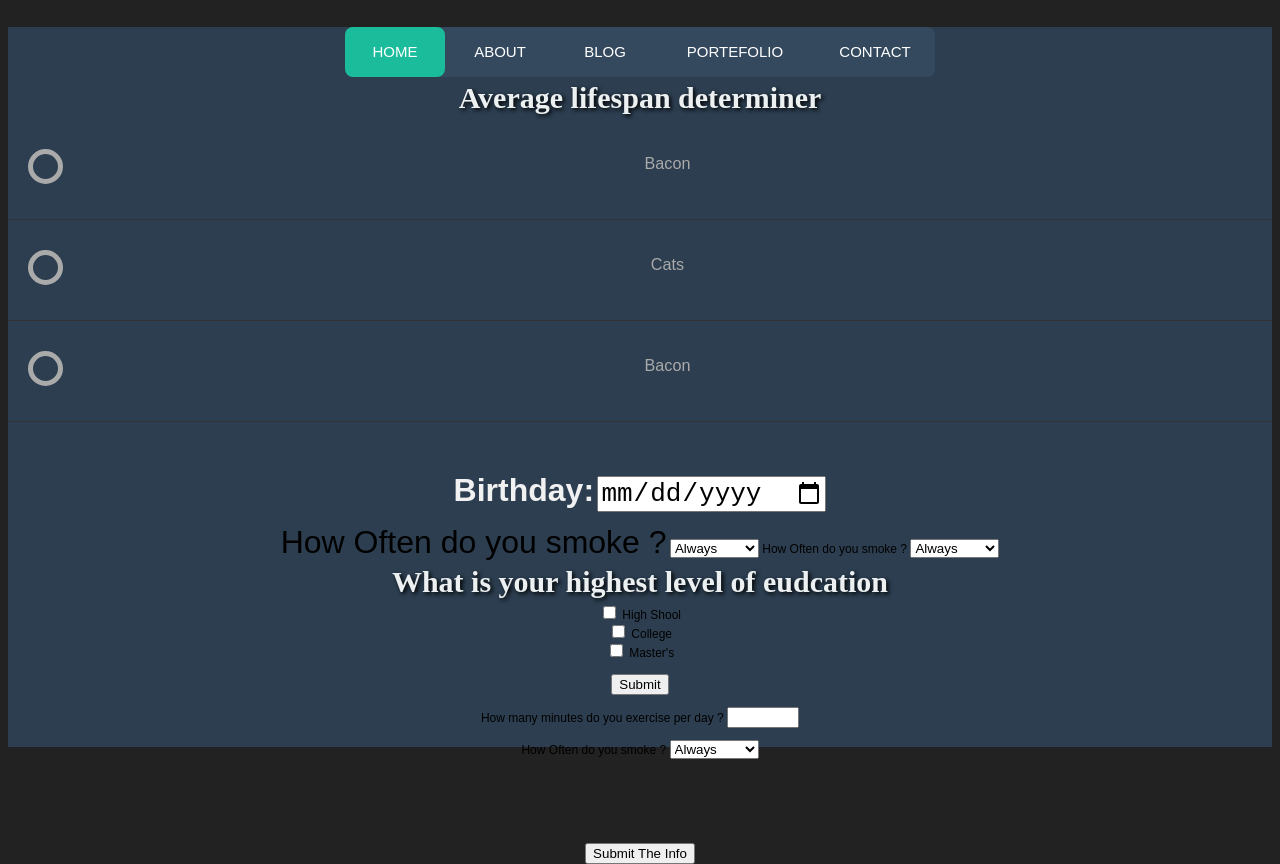
Repository: navid-amini12/capstone-1
Page: wordgame.html
These files come from the project's save history. The page is drawn as it stood at one moment and after the next save; the edit follows.
The browser window is 1280 px wide. The pictures show the whole page.

Above is the page before, as saved 2022-06-01 12:54:04.

### wordgame.html


  <link rel="stylesheet" type="text/css" href="Life.css">






<!-- NAVATION STARTING  -->

<nav class ="mynavigation">
  <a href="#">Home</a>
  <a href="#">About</a>
  <a href="#">Blog</a>
  <a href="#">Portefolio</a>
  <a href="#">Contact</a>
  <div class="animation start-home"></div>
</nav>
  <!-- NAVIGATION ENDING -->
    <h1>Average lifespan determiner</h1>









      <div class = "container90">

          <ul>
          <li>
            <input type="radio" id="s-option" name="selector">
            <label for="s-option">Bacon</label>

            <div class="check"><div class="inside"></div></div>
          </li>

          <li>
            <input type="radio" id="t-option" name="selector">
            <label for="t-option">Cats</label>

            <div class="check"><div class="inside"></div></div>
          </li>

          <li>
            <input type="radio" id="s-option" name="selector">
            <label for="s-option">Bacon</label>

            <div class="check"><div class="inside"></div></div>
          </li>
        </ul>
   </div>






  <div class = "left"><form action="/action_page.php">
    <label style=" color: #f1f1f1; font-weight: bold; font-size: xx-large;" for="birthday">Birthday:</label>
    <input style = "font-size: xx-large" ;  type="date" id="birthday" name="birthday">

  </form>
  <p></p>
<label style = "font-size: xx-large" ;   for="cars">How Often do you smoke ?</label>

<select id="questions">
<option value="volvo">Always</option>
<option value="saab">Often</option>
<option value="opel">Sometimes</option>
<option value="audi">Rarely</option>
<option value="audi">Never</option>
</select>

<label for="cars">How Often do you smoke ?</label>

<select id="questions">
<option value="volvo">Always</option>
<option value="saab">Often</option>
<option value="opel">Sometimes</option>
<option value="audi">Rarely</option>
<option value="audi">Never</option>
</select>

<h1>What is your highest level of eudcation</h1>

<form id = "checkbox1">
<input type="checkbox" id="vehicle1" name="vehicle1" value="Bike">
<label for="vehicle1"> High Shool</label><br>
<input type="checkbox" id="vehicle2" name="vehicle2" value="Car">
<label for="vehicle2"> College</label><br>
<input type="checkbox" id="vehicle3" name="vehicle3" value="Boat">
<label for="vehicle3"> Master's</label><br><br>
<input type="submit" value="Submit">
</form>

<form>
  <label for="quantity">How many minutes do you exercise per day ? </label>
  <input type="number" id="quantity" name="quantity" min="0" max="1000">
</form>




<label for="cars">How Often do you smoke ?</label>

<select id="myquestions">
<option value="always">Always</option>
<option value="often">Often</option>
<option value="sometimes">Sometimes</option>
<option value="rarely">Rarely</option>
<option value="never">Never</option>
</select>
<br>
<br>
<br>
<br>


<br>
<br>
<br>
<button id = "submitInfo">Submit The Info</button></div>





<!-- <input id = "submitInfo" type="button" value = "Submit Info" onclick="alert('Submitting INfo');" /></div> -->

  </div>



  <!-- <input id = "submitInfo" type="button" value = "Submit Info" onclick="alert('Submitting INfo');" /> -->


















  <body class="container">
    <ul id="people" class=""></ul>


    <script src="https://unpkg.com/axios/dist/axios.min.js"></script>
    <script>

      document.getElementById("submitInfo").onclick = function () {
        axios
          .get("http://localhost:4000/api/users")
          .then(function (response) {
            var e = document.getElementById("myquestions");
            var strUser = e.options[e.selectedIndex].text;


            var x = document.getElementById("vehicle1").value;




     if (strUser == "Never") {

         alert(x)



       alert( document.getElementById("people").innerHTML = response.data[0] )

    }
          })


          .catch(function (err) {
            document.getElementById("people").innerHTML =
              '<li class="text-danger">' + err.message + "</li>";
          });
      };
    </script>

### Life.css
@import url('https://fonts.googleapis.com/css?family=Lato');

body, html{
  height: 100%;
  background: #222222;
	font-family: 'Lato', sans-serif;
}

.container90{
 text-align: center;
}

h2 {
	color: #AAAAAA;
}

.container ul{
  list-style: none;
  margin: 0;
  padding: 0;
	overflow: auto;
}

ul li{
  color: #AAAAAA;
  display: block;
  position: relative;
  float: left;
  width: 100%;
  height: 100px;
	border-bottom: 1px solid #333;
}

ul li input[type=radio]{
  position: absolute;
  visibility: hidden;
}

ul li label{
  display: block;
  position: relative;
  font-weight: 300;
  font-size: 1.35em;
  padding: 25px 25px 25px 80px;
  margin: 10px auto;
  height: 30px;
  z-index: 9;
  cursor: pointer;
  -webkit-transition: all 0.25s linear;
}

ul li:hover label{
	color: #FFFFFF;
}

ul li .check{
  display: block;
  position: absolute;
  border: 5px solid #AAAAAA;
  border-radius: 100%;
  height: 25px;
  width: 25px;
  top: 30px;
  left: 20px;
	z-index: 5;
	transition: border .25s linear;
	-webkit-transition: border .25s linear;
}

ul li:hover .check {
  border: 5px solid #FFFFFF;
}

ul li .check::before {
  display: block;
  position: absolute;
	content: '';
  border-radius: 100%;
  height: 15px;
  width: 15px;
  top: 5px;
	left: 5px;
  margin: auto;
	transition: background 0.25s linear;
	-webkit-transition: background 0.25s linear;
}

input[type=radio]:checked ~ .check {
  border: 5px solid #0DFF92;
}

input[type=radio]:checked ~ .check::before{
  background: #0DFF92;
}

input[type=radio]:checked ~ label{
  color: #0DFF92;
}

.signature {
	margin: 10px auto;
	padding: 10px 0;
	width: 100%;
}

.signature p{
	text-align: center;
	font-family: Helvetica, Arial, Sans-Serif;
	font-size: 0.85em;
	color: #AAAAAA;
}

.signature .much-heart{
	display: inline-block;
	position: relative;
	margin: 0 4px;
	height: 10px;
	width: 10px;
	background: #AC1D3F;
	border-radius: 4px;
	-ms-transform: rotate(45deg);
    -webkit-transform: rotate(45deg);
    transform: rotate(45deg);
}

.signature .much-heart::before,
.signature .much-heart::after {
	  display: block;
  content: '';
  position: absolute;
  margin: auto;
  height: 10px;
  width: 10px;
  border-radius: 5px;
  background: #AC1D3F;
  top: -4px;
}

.signature .much-heart::after {
	bottom: 0;
	top: auto;
	left: -4px;
}

.signature a {
	color: #AAAAAA;
	text-decoration: none;
	font-weight: bold;
}


/* Styles for alert...
by the way it is so weird when you look at your code a couple of years after you wrote it XD */

.alert {
	box-sizing: border-box;
	background-color: #BDFFE1;
	width: 100%;
	position: relative;
	top: 0;
	left: 0;
	z-index: 300;
	padding: 20px 40px;
	color: #333;
}

.alert h2 {
	font-size: 22px;
	color: #232323;
	margin-top: 0;
}

.alert p {
	line-height: 1.6em;
	font-size:18px;
}

.alert a {
	color: #232323;
	font-weight: bold;
}






/* startin of navtation css */

.left {
  margin-top: 50px;
  text-align: center;
}






nav {
  margin: 27px auto 0;

  position: relative;
  width: 590px;
  height: 50px;
  background-color: #34495e;
  border-radius: 8px;
  font-size: 0;
}
nav a {
  line-height: 50px;
  height: 100%;
  font-size: 15px;
  display: inline-block;
  position: relative;
  z-index: 1;
  text-decoration: none;
  text-transform: uppercase;
  text-align: center;
  color: white;
  cursor: pointer;
}
nav .animation {
  position: absolute;
  height: 100%;
  top: 0;
  z-index: 0;
  transition: all .5s ease 0s;
  border-radius: 8px;
}
a:nth-child(1) {
  width: 100px;
}
a:nth-child(2) {
  width: 110px;
}
a:nth-child(3) {
  width: 100px;
}
a:nth-child(4) {
  width: 160px;
}
a:nth-child(5) {
  width: 120px;
}
nav .start-home, a:nth-child(1):hover~.animation {
  width: 100px;
  left: 0;
  background-color: #1abc9c;
}
nav .start-about, a:nth-child(2):hover~.animation {
  width: 110px;
  left: 100px;
  background-color: #e74c3c;
}
nav .start-blog, a:nth-child(3):hover~.animation {
  width: 100px;
  left: 210px;
  background-color: #3498db;
}
nav .start-portefolio, a:nth-child(4):hover~.animation {
  width: 160px;
  left: 310px;
  background-color: #9b59b6;
}
nav .start-contact, a:nth-child(5):hover~.animation {
  width: 120px;
  left: 470px;
  background-color: #e67e22;
}

body {
  font-size: 12px;
  font-family: sans-serif;
  background: #2c3e50;
}
h1 {
  text-align: center;
  margin: 40px 0 40px;
  text-align: center;
  font-size: 30px;
  color: #ecf0f1;
  text-shadow: 2px 2px 4px #000000;
  font-family: 'Cherry Swash', cursive;
}

p {
    position: absolute;
    bottom: 20px;
    width: 100%;
    text-align: center;
    color: #ecf0f1;
    font-family: 'Cherry Swash',cursive;
    font-size: 16px;
}

span {
    color: #2BD6B4;
}




/* Navigation  */

/*
@import url('https://fonts.googleapis.com/css?family=Lobster&display=swap') repeat scroll 0 0 rgba(0, 0, 0 , 0);

body {
  background: #fff;
}

.title {
  font-size: 2.5rem;
  font-family: 'Lobster', cursive;
}

.container {
  animation: scroll 70s linear infinite;
  background: url("https://images.unsplash.com/photo-1465146633011-14f8e0781093?ixlib=rb-1.2.1&ixid=eyJhcHBfaWQiOjEyMDd9&auto=format&fit=crop&w=3450&q=80"), #111111;
  color: #eee;
  height: 100vh;
  min-width: 360px;
  width: 100%;
  display: flex;
  justify-content: center;
  align-items: center;
  perspective: 1000px;
  perspective-origin: 50% 50%;

}

@keyframes scroll {
   100%{
    background-position:0px -3000px;
  }
}

@media (prefers-reduced-motion) {
  .container {
    animation: scroll 200s linear infinite;
  }
}

@media (min-width: 670px) {
  .title {
    font-size: 5rem;
  }
}

#modalContainer {
  background-color:rgba(0, 0, 0, 0.3);
  position:absolute;
  top:0;
  width:100%;
  height:100%;
  left:0px;
  z-index:10000;
  background-image:url(tp.png); /* required by MSIE to prevent actions on lower z-index elements */
}

#alertBox {
  position:relative;
  width:33%;
  min-height:20%;
  max-height:35%;
  margin-top:50px;
  border:1px solid #fff;
  background-color:#fff;
  background-repeat:no-repeat;
  top:30%;
}

#modalContainer > #alertBox {
  position:fixed;
}

#alertBox h1 {
  margin:0;
  font:bold 1em Raleway,arial;
  background-color:#f97352;
  color:#FFF;
  border-bottom:1px solid #f97352;
  padding:10px 0 10px 5px;
}


#alertBox #closeBtn {
  display:block;
  position:relative;
  margin:100px auto 100px auto;
  padding:7px;
  border:0 none;
  width:70px;
  text-transform:uppercase;
  text-align:center;
  color:#FFF;
  background-color:#f97352;
  border-radius: 0px;
  text-decoration:none;
  outline:0!important;
}

/* unrelated styles */

#mContainer {
  position:relative;
  width:600px;
  margin:auto;
  padding:5px;
  border-top:2px solid #fff;
  border-bottom:2px solid #fff;
}

h1,h2 {
  margin:0;
  padding:4px;
}

code {
  font-size:1.2em;
  color:#069;
}

#credits {
  position:relative;
  margin:25px auto 0px auto;
  width:350px;
  font:0.7em verdana;
  border-top:1px solid #000;
  border-bottom:1px solid #000;
  height:90px;
  padding-top:4px;
}

#credits img {
  float:left;
  margin:5px 10px 5px 0px;
  border:1px solid #000000;
  width:80px;
  height:79px;
}

.important {
  background-color:#F5FCC8;
  padding:2px;

}

@media (max-width: 600px)
{
  #alertBox {
  position:relative;
  width:90%;
  top:30%;
}


 */

After the next save:
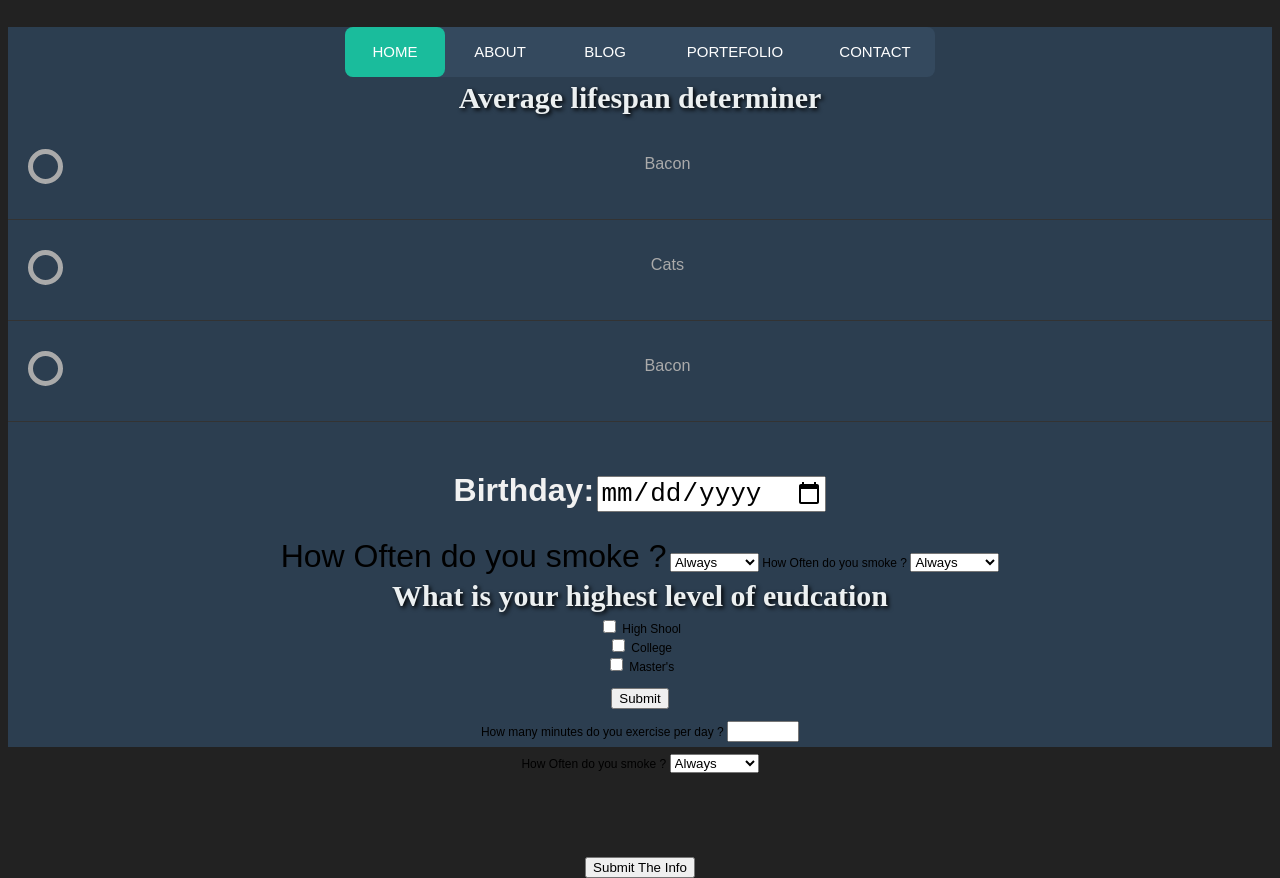
Saved 15 s later.
--- a/wordgame.html
+++ b/wordgame.html
@@ -64,7 +64,7 @@
     <input style = "font-size: xx-large" ;  type="date" id="birthday" name="birthday">
 
   </form>
-  <p></p>
+ <br>
 <label style = "font-size: xx-large" ;   for="cars">How Often do you smoke ?</label>
 
 <select id="questions">
